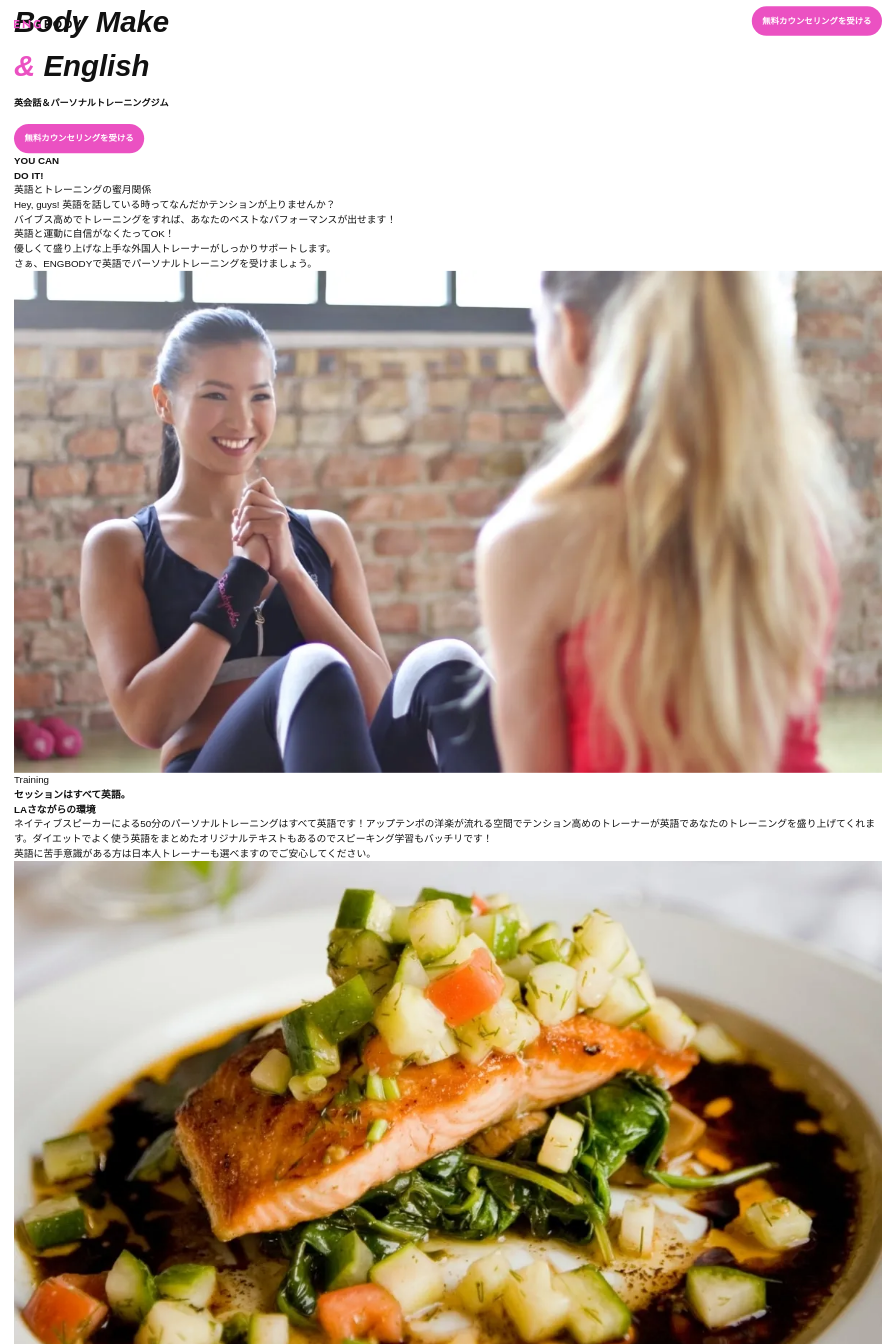
Repository: tetishi/engbody
Page: index.html
An editor plug-in stored every save of this project. The page is shown before and after the next save, followed by the edit.
The browser window is 1280 px wide. The pictures show the part of the page from y = 0 to 1920 px (the page is 12144 px tall), at 70% of full size.
The style sheet was rebuilt from its Sass, Less or Tailwind sources for each picture, by a compiler version that may differ from the author's.

Above is the page before, as saved 2023-07-25 17:08:36.

### index.html
<!DOCTYPE html>
<html lang="en">
<head>
    <meta charset="UTF-8">
    <meta name="viewport" content="width=device-width, initial-scale=1.0">
    <title>ENGBODY</title>
    <link href="https://fonts.googleapis.com/css2?family=Josefin+Sans:ital,wght@0,400;0,700;1,400;1,700&display=swap" rel="stylesheet">
    <link rel="stylesheet" href="./css/reset.css">
    <link rel="stylesheet" href="./css/style.css">
</head>
<body>
    <header class="header">
        <div class="header-inner">
            <h2 class="nav-title">
                <a href="#">
                    <img src="img/engbody.svg" alt="ENGBODY">
                </a>
            </h2>
            <nav class="header-nav">
                <div class="counseling-btn-top">
                    <a href="#">無料カウンセリングを受ける</a>
                </div>
            </nav>
        </div>
    </header>

    <main>
        <!-- fv -->
        <div class="fv">
            <div class="section-inner">
                <h2 class="page-title">
                    Body Make<br>
                    <span>&</span> English
                </h2>
                <div class="page-title-bottom">
                    英会話＆パーソナルトレーニングジム
                </div>
                <div class="counseling-btn">
                    <a href="#">無料カウンセリングを受ける</a>
                </div>
            </div>
        </div>

        <section id="concept" class="section-wrapper">
            <div class="section-outer">
                <div class="section-inner">
                    <h2 class="catchphrase">
                        YOU CAN<br class="sp">
                        DO IT!
                    </h2>
                    <p class="section-under-title">
                        英語とトレーニングの<span class="phrase">蜜月関係</span>
                    </p>
                    <p class="concept-text">
                        Hey, guys! 英語を話している時ってなんだかテンションが上りませんか？<br>
                        バイブス高めでトレーニングをすれば、あなたのベストなパフォーマンスが出せます！<br>
                        英語と運動に自信がなくたってOK！<br>
                        優しくて盛り上げな上手な外国人トレーナーがしっかりサポートします。<br>
                        さぁ、ENGBODYで英語でパーソナルトレーニングを受けましょう。
                    </p>
                    <div class="training-box">
                        <div class="training-img">
                            <picture>
                                <source srcset="img/training.webp" type="image/webp">
                                <img src="img/training.jpg" alt="外国人のパーソナルトレーナーがお客様に英語とトレーニングをサポートしている様子">
                            </picture>
                        </div>
                        <div class="training-text">
                            <p class="training-top">
                                Training
                            </p>
                            <h3 class="training-title">
                                セッションはすべて英語。<br>
                                LAさながらの環境
                            </h3>
                            <p class="training-description">
                                ネイティブスピーカーによる50分のパーソナルトレーニングはすべて英語です！アップテンポの洋楽が流れる空間でテンション高めのトレーナーが英語であなたのトレーニングを盛り上げてくれます。ダイエットでよく使う英語をまとめたオリジナルテキストもあるのでスピーキング学習もバッチリです！<br>
                                英語に苦手意識がある方は日本人トレーナーも選べますのでご安心してください。
                            </p>
                        </div>
                    </div>
                    <div class="food-box">
                        <div class="food-img">
                            <picture>
                                <source srcset="img/food.webp" type="image/webp">
                                <img src="img/food.jpg" alt="低糖質レストラン『LCR』の魚と野菜の盛り合わせメニューの写真">
                            </picture>
                        </div>
                        <div class="food-text">
                            <p class="food-top">
                                Food
                            </p>
                            <h3 class="food-title">
                                低糖質レストランを完備！<br>
                                美味しく食べてダイエット
                            </h3>
                            <p class="food-description">
                                食事制限って大変ですよね......。でも大丈夫！ENGBODY館内には低糖質レストラン『LCR』を完備しています。Low carb（低糖質）なのにとっても美味しい味に驚くはずです！メニューも豊富で飽きさせません。美味しく食べてしっかり痩せる！しかも英語力もアップ！それがENGBODYなのです。
                            </p>
                        </div>
                    </div>
                    <div class="counseling-btn">
                        <a href="#">無料カウンセリングを受ける</a>
                    </div>
                </div>
            </div>

        </section>

        <section class="section-wrapper">
            <div class="section-outer">
                <div class="section-inner">
                    <h2 class="section-title">
                        Our Trainer
                        <span>トレーナー</span>
                    </h2>
                    <div class="select-option">
                        <p class="trainer">
                            トレーナー
                        </p>
                        <p class="staff">
                            スタッフ
                        </p>
                    </div>
                    <ul class="trainer-list">
                        <li class="trainer-item">
                            <picture>
                                <source srcset="img/trainer01.webp" type="image/webp">
                                <img src="img/trainer01.jpg" alt="日本人女性のトレーナーの写真">
                            </picture>
                            <p class="trainer-greeting">
                                こんにちは！英語で楽しくトレーニングしましょう。日本語が話せますのでご安心ください。
                            </p>
                        </li>
                        <li class="trainer-item">
                            <picture>
                                <source srcset="img/trainer02.webp" type="image/webp">
                                <img src="img/trainer02.jpg" alt="外国人女性のトレーナーの写真">
                            </picture>
                            <p class="trainer-greeting">
                                Hello! 筋肉をつけすぎずしなやかな体を作ることが得意です！美しさを磨いていきましょう。
                            </p>
                        </li>
                        <li class="trainer-item">
                            <picture>
                                <source srcset="img/trainer03.webp" type="image/webp">
                                <img src="img/trainer03.jpg" alt="外国人男性のトレーナーの写真">
                            </picture>
                            <p class="trainer-greeting">
                                Hi, 負荷や強度の高いトレーニングがしたいならおまかせてください！どんなご要望もできるかぎり叶えますよ！
                            </p>
                        </li>
                    </ul>
                    <ul class="staff-list">
                        <li class="staff-item">
                            <picture>
                                <source srcset="img/staff01.webp" type="image/webp">
                                <img src="img/staff01.jpg" alt="日本人女性スタッフの写真">
                            </picture>
                            <p class="staff-greeting">
                                ENBODYは明るくてとっても楽しいジムです！みなさんのセッションが楽しくなるようしっかりサポートいたします。
                            </p>
                        </li>
                        <li class="staff-item">
                            <picture>
                                <source srcset="img/staff02.webp" type="image/webp">
                                <img src="img/staff02.jpg" alt="外国人男性スタッフの写真">
                            </picture>
                            <p class="staff-greeting">
                                Hi, please let me know anytime if you have any questions. We will fully support you!
                            </p>
                        </li>
                    </ul>
                </div>
            </div>
        </section>

        <section class="section-wrapper">
            <div class="section-outer">
                <div class="section-inner">
                    <h2 class="section-title">
                        Studio
                        <span>スタジオ</span>
                    </h2>
                    <div class="slide-image">
                        <picture>
                            <source srcset="img/studio01.webp" type="image/webp">
                            <img src="img/studio01.jpg" alt="後ろ姿の女性がトレーニング器具に座って、ダンベルを両手に持ち上げて、スタジオでトレーニングしている写真">
                        </picture>
                        <picture>
                            <source srcset="img/studio02.webp" type="image/webp">
                            <img src="img/studio02.jpg" alt="正面を向いた女性がトレーニング器具に座って、腕を上げてスタジオでトレーニングしている写真">
                        </picture>
                        <picture>
                            <source srcset="img/studio03.webp" type="image/webp">
                            <img src="img/studio03.jpg" alt="後ろ姿の男性がスタジオでバーベルを持ってウエイトトレーニングをしている写真">
                        </picture>
                    </div>
                </div>
            </div>
        </section>

        <section class="section-wrapper">
            <div class="section-outer">
                <div class="section-inner">
                    <h2 class="section-title">
                        Price
                        <span>料金</span>
                    </h2>
                    <ul class="price-list">
                        <li class="price-item">
                            <div class="price-box">
                                <p class="course">
                                    週１コース
                                </p>
                                <h3 class="course-price">
                                    ¥20,000
                                </h3>
                                <p class="admission-fee">
                                    （入会金 ¥10000）
                                </p>
                            </div>
                            <div class="rental-box">
                                <p class="course-top">
                                    レンタル
                                </p>
                                <p class="course-text">
                                    タオル、ウェア、プロテイン無料
                                </p>
                            </div>
                            <div class="restaurant-box">
                                <p class="course-top">
                                    レストラン
                                </p>
                                <p class="course-text">
                                    使用不可
                                </p>
                            </div>
                            <div class="diet-box">
                                <p class="course-top">
                                    食事指導
                                </p>
                                <p class="course-text">
                                    無し
                                </p>
                            </div>
                        </li>
                        <li class="price-item">
                            <p class="recommend">
                                オススメ！
                            </p>
                            <div class="price-box">
                                <p class="course">
                                    週２コース
                                </p>
                                <h3 class="course-price">
                                    ¥40,000
                                </h3>
                                <p class="admission-fee">
                                    （入会金 ¥10000）
                                </p>
                            </div>
                            <div class="rental-box">
                                <p class="course-top">
                                    レンタル
                                </p>
                                <p class="course-text">
                                    タオル、ウェア、プロテイン無料
                                </p>
                            </div>
                            <div class="restaurant-box">
                                <p class="course-top">
                                    レストラン
                                </p>
                                <p class="course-text">
                                    使用可
                                </p>
                            </div>
                            <div class="diet-box">
                                <p class="course-top">
                                    食事指導
                                </p>
                                <p class="course-text">
                                    有り
                                </p>
                            </div>
                        </li>
                        <li class="price-item">
                            <div class="price-box">
                                <p class="course">
                                    無制限
                                </p>
                                <h3 class="course-price">
                                    ¥70,000
                                </h3>
                                <p class="admission-fee">
                                    （入会金 ¥10000）
                                </p>
                            </div>
                            <div class="rental-box">
                                <p class="course-top">
                                    レンタル
                                </p>
                                <p class="course-text">
                                    タオル、ウェア、プロテイン無料
                                </p>
                            </div>
                            <div class="restaurant-box">
                                <p class="course-top">
                                    レストラン
                                </p>
                                <p class="course-text">
                                    使用可
                                </p>
                            </div>
                            <div class="diet-box">
                                <p class="course-top">
                                    食事指導
                                </p>
                                <p class="course-text">
                                    有り
                                </p>
                            </div>
                        </li>
                    </ul>
                </div>
            </div>
        </section>

        <section class="section-wrapper">
            <div class="section-outer">
                <div class="section-inner">
                    <h2 class="section-title">
                        FAQ
                        <span>よくあるご質問</span>
                    </h2>
                    <div class="faq-box">
                        <details class="faq-item">
                            <summary class="faq-top-text">
                                見学や体験は可能ですか？
                            </summary>
                            <p class="faq-bottom-text">
                                無料カウンセリングの際に見学が可能です。フォームに見学・体験希望の欄がございますので内容をご確認しチェックを入れてください。
                            </p>
                        </details>
                        <details class="faq-item">
                            <summary class="faq-top-text">
                                用意するものは何がありますか？
                            </summary>
                            <p class="faq-bottom-text">
                                シューズをご持参ください。ウェアとタオルは無料でレンタルが可能です。
                            </p>
                        </details>
                        <details class="faq-item">
                            <summary class="faq-top-text">
                                シャワールームはありますか？
                            </summary>
                            <p class="faq-bottom-text">
                                5つのシャワールームがございます。ボディソープ・シャンプー・リンスなどのアメニティやドライヤーもご用意しております。
                            </p>
                        </details>
                    </div>
                </div>
            </div>
        </section>

        <div class="free-counseling">
            <picture>
                <source srcset="img/sp_counseling_top.webp" type="image/webp">
                <img src="img/sp_counseling_top.jpg" alt="アジア人、黒人、白人の女性3人がトレーニングウェアを着て肩を組んで笑顔でこちらを見ている写真">
            </picture>
            <div class="counseling-container">
                <h3 class="invite-message">
                    Come join us!! 😊
                </h3>
                <div class="counseling-btn white">
                    <a href="#">無料カウンセリングを受ける</a>
                </div>
            </div>
        </div>

    </main>
    <footer class="footer">
        <div class="footer-text">
            ENGBODY
        </div>
    </footer>

    <a href="#" class="pagetop">
        <div class="pagetop-arrow">
            <i class="fas fa-angle-up"></i>
        </div>
    </a>
</body>
</html>

### css/reset.css
/*
html5doctor.com Reset Stylesheet
v1.6.1
Last Updated: 2010-09-17
Author: Richard Clark - http://richclarkdesign.com
Twitter: @rich_clark
*/

* {
    box-sizing: border-box;
}

html,
body,
div,
span,
object,
iframe,
h1,
h2,
h3,
h4,
h5,
h6,
p,
blockquote,
pre,
abbr,
address,
cite,
code,
del,
dfn,
em,
img,
ins,
kbd,
q,
samp,
small,
strong,
sub,
sup,
var,
b,
i,
dl,
dt,
dd,
ol,
ul,
li,
fieldset,
form,
label,
legend,
table,
caption,
tbody,
tfoot,
thead,
tr,
th,
td,
article,
aside,
canvas,
details,
figcaption,
figure,
footer,
header,
hgroup,
menu,
nav,
section,
summary,
time,
mark,
ruby,
audio,
video {
    margin: 0;
    padding: 0;
    border: 0;
    outline: 0;
    font-size: 100%;
    vertical-align: baseline;
    background: transparent;
}

body {
    line-height: 1.5;
}

img {
    width: 100%;
    height: auto;
    object-fit: cover;
}

button {
    background-color: transparent;
    border: none;
    cursor: pointer;
    outline: none;
    padding: 0;
    appearance: none;
}

article,
aside,
details,
figcaption,
figure,
footer,
header,
hgroup,
menu,
nav,
section {
    display: block;
}

nav ul {
    list-style: none;
}

li {
    list-style: none;
}

a {
    margin: 0;
    padding: 0;
    font-size: 100%;
    vertical-align: baseline;
    background: transparent;
}

input,
select {
    vertical-align: middle;
}

/*end reset css*/

### img/engbody.svg
<svg xmlns="http://www.w3.org/2000/svg" width="96.7" height="12.36" viewBox="0 0 96.697 12.356">
  <g id="Group_1" data-name="Group 1" transform="translate(-34.435 -35.05)">
    <path id="Path_13" data-name="Path 13" d="M-41.472-16.8a3.73,3.73,0,0,1,1.459,1.093,2.471,2.471,0,0,1,.524,1.559A2.878,2.878,0,0,1-40.674-11.6a5.1,5.1,0,0,1-2.957.814H-47.58V-22.2H-44.1a5.2,5.2,0,0,1,2.965.737,2.422,2.422,0,0,1,1.08,2.132,2.946,2.946,0,0,1-.371,1.5A2.77,2.77,0,0,1-41.472-16.8Zm-3.771-.729h1.418a1.3,1.3,0,0,0,1-.38,1.323,1.323,0,0,0,.355-.938,1.029,1.029,0,0,0-.4-.876,1.816,1.816,0,0,0-1.112-.3h-1.257Zm1.5,4.653a2.475,2.475,0,0,0,1.33-.318,1.051,1.051,0,0,0,.508-.954q0-1.21-2-1.21h-1.338v2.481Zm8.123-3.6a5.518,5.518,0,0,1,.814-2.9A6.036,6.036,0,0,1-32.6-21.521a5.975,5.975,0,0,1,3.022-.8,5.975,5.975,0,0,1,3.022.8,6.165,6.165,0,0,1,2.224,2.148,5.438,5.438,0,0,1,.83,2.9,5.413,5.413,0,0,1-.83,2.916,6.083,6.083,0,0,1-2.224,2.117,6.067,6.067,0,0,1-3.022.783,6.054,6.054,0,0,1-3.03-.783,5.973,5.973,0,0,1-2.2-2.117A5.493,5.493,0,0,1-35.622-16.473Zm2.417,0a3.551,3.551,0,0,0,.492,1.83,3.628,3.628,0,0,0,1.338,1.326,3.687,3.687,0,0,0,1.878.489,3.5,3.5,0,0,0,1.821-.489,3.517,3.517,0,0,0,1.289-1.318,3.68,3.68,0,0,0,.467-1.838,3.655,3.655,0,0,0-.483-1.861,3.6,3.6,0,0,0-1.313-1.326,3.57,3.57,0,0,0-1.845-.489,3.57,3.57,0,0,0-1.845.489,3.6,3.6,0,0,0-1.313,1.326A3.655,3.655,0,0,0-33.2-16.473ZM-18.909-22.2h3.546a7.413,7.413,0,0,1,3.739.845A5.2,5.2,0,0,1-9.49-19.164a6.36,6.36,0,0,1,.669,2.877,5.253,5.253,0,0,1-.806,2.9,5.34,5.34,0,0,1-2.168,1.931,6.641,6.641,0,0,1-2.99.675h-4.126Zm3.723,9.243a4.324,4.324,0,0,0,2.885-.9,3.2,3.2,0,0,0,1.064-2.59,3.609,3.609,0,0,0-.588-2.171A3.138,3.138,0,0,0-13.2-19.73a4.006,4.006,0,0,0-1.475-.31h-1.9v7.088ZM4.83-22.2.381-14.333v3.552H-1.955v-3.552L-6.323-22.2h2.885l2.724,5.273L1.945-22.2Z" transform="translate(126.302 57.708)" fill="#111"/>
    <path id="Path_14" data-name="Path 14" d="M-27.475-22.5v2.176h-5.753v2.44h5.093v2.176h-5.093v2.471h5.979v2.176h-8.316V-22.5Zm15.584,0v11.9h-.064l-8.3-7.227.048,6.761h-2.369V-22.95h.1l8.284,7.336-.048-6.885ZM3.049-12.211a3.177,3.177,0,0,1-.975.583,8.934,8.934,0,0,1-1.547.5,6.932,6.932,0,0,1-1.539.194,7.366,7.366,0,0,1-3.312-.707,5.264,5.264,0,0,1-2.2-1.958A5.311,5.311,0,0,1-7.3-16.454a6.568,6.568,0,0,1,.822-3.4,5.253,5.253,0,0,1,2.208-2.083,6.761,6.761,0,0,1,3.062-.692,8.506,8.506,0,0,1,2.031.233,7.636,7.636,0,0,1,1.676.606l-.757,2.1a5.979,5.979,0,0,0-1.281-.458A5.645,5.645,0,0,0-.9-20.355a4.244,4.244,0,0,0-2.957.933A3.556,3.556,0,0,0-4.88-16.656a3.356,3.356,0,0,0,.5,1.842,3.241,3.241,0,0,0,1.394,1.2,4.746,4.746,0,0,0,2.039.42,3.468,3.468,0,0,0,1.628-.3v-1.383H-1.367v-2.176H3.049Z" transform="translate(70 58)" fill="#eb51c2"/>
  </g>
</svg>

### css/style.scss
/* base */

html {
    font-size: 62.5%;
}
body {
    font-size: 1.4rem;
    font-family: 'Hiragino Sans', sans-serif;
    color: #111111;
}
h2 h3 {
    font-family: 'Josefin Sans', sans-serif;
}
img {
    vertical-align: bottom;
}
.section-inner {
    padding: 0 20px;
    // margin: 0 auto;
}
.section-title {
    font-size: 4rem;
    &:nth-of-type(2) {
        font-size: 3.2rem;
    }
    &:nth-of-type(odd) {
        color: #fff;
    }
    span {
        font-size: 1.4rem;
        margin-bottom: 30px;
        &:last-of-type {
            margin-bottom: 35px;
        }
    }
}
a {
    color: inherit;
    text-decoration: none;
}

// header
.header {
    position: fixed;
    width: 100%;
    top: 0;
    left: 0;
    z-index: 999;
}
.header-inner {
    display: flex;
    justify-content: space-between;
    align-items: center;
    height: 60px;
    padding: 0 20px;
}
.counseling-btn-top {
    font-weight: bold;
    color: #fff;
    font-size: 1.2rem;
    width: 186px;
    background-color: #EB51C2;
    text-align: center;
    vertical-align: middle;
    border-radius: 50px;
    padding: 12px 15px;
}

//fv
.page-title {
    font-size: 4.2rem;
    font-style: italic;
    span {
        color: #EB51C2;
    }
}
.page-title-bottom {
    font-size: 1.3rem;
    font-weight: bold;
    margin: 12px 0 19px;
}
.counseling-btn {
    font-weight: bold;
    color: #fff;
    font-size: 1.2rem;
    width: 186px;
    background-color: #EB51C2;
    text-align: center;
    vertical-align: middle;
    border-radius: 50px;
    padding: 12px 15px;
}

After the next save:
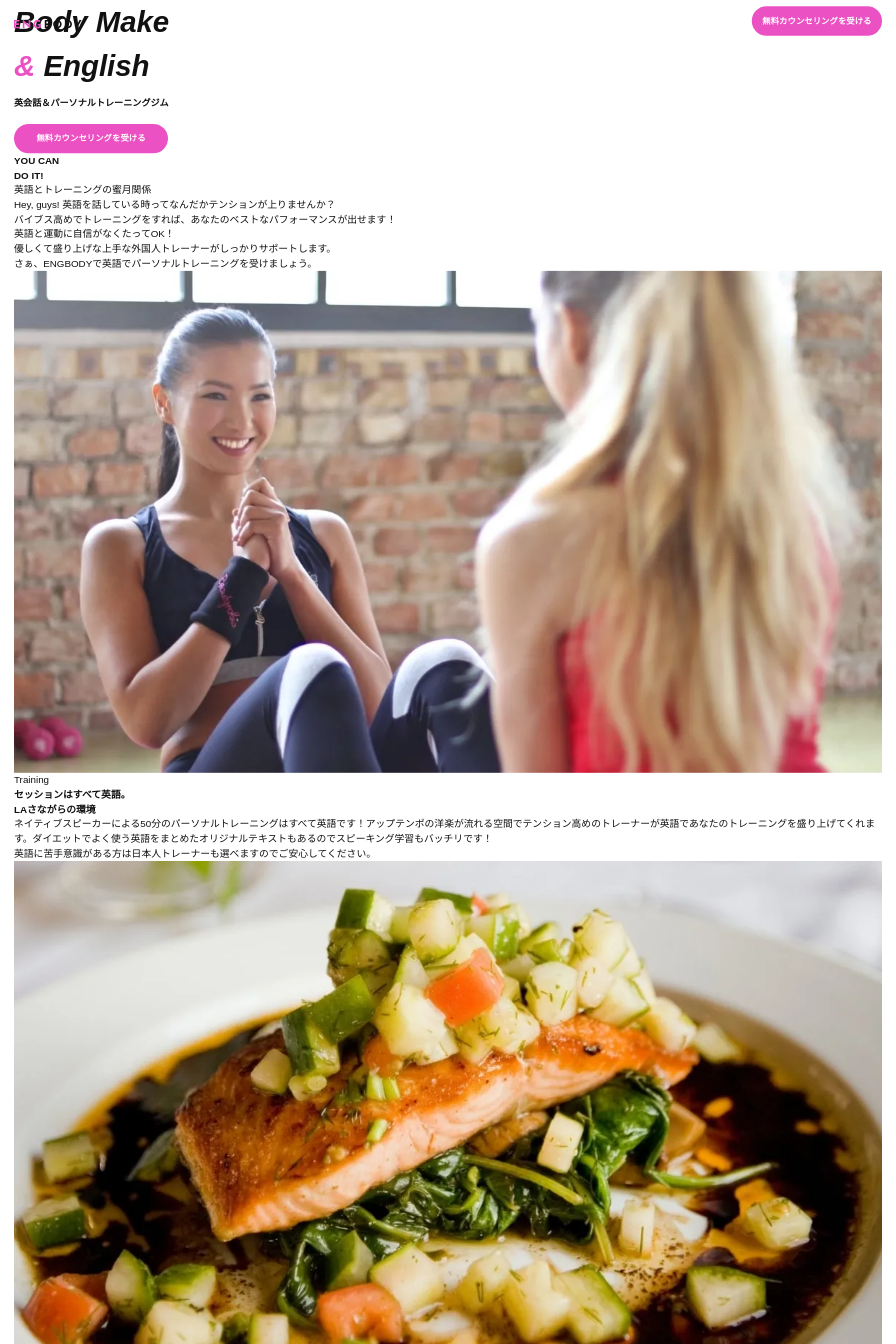
Saved 13 s later.
--- a/css/style.scss
+++ b/css/style.scss
@@ -83,7 +83,7 @@ a {
     font-weight: bold;
     color: #fff;
     font-size: 1.2rem;
-    width: 186px;
+    width: 220px;
     background-color: #EB51C2;
     text-align: center;
     vertical-align: middle;
